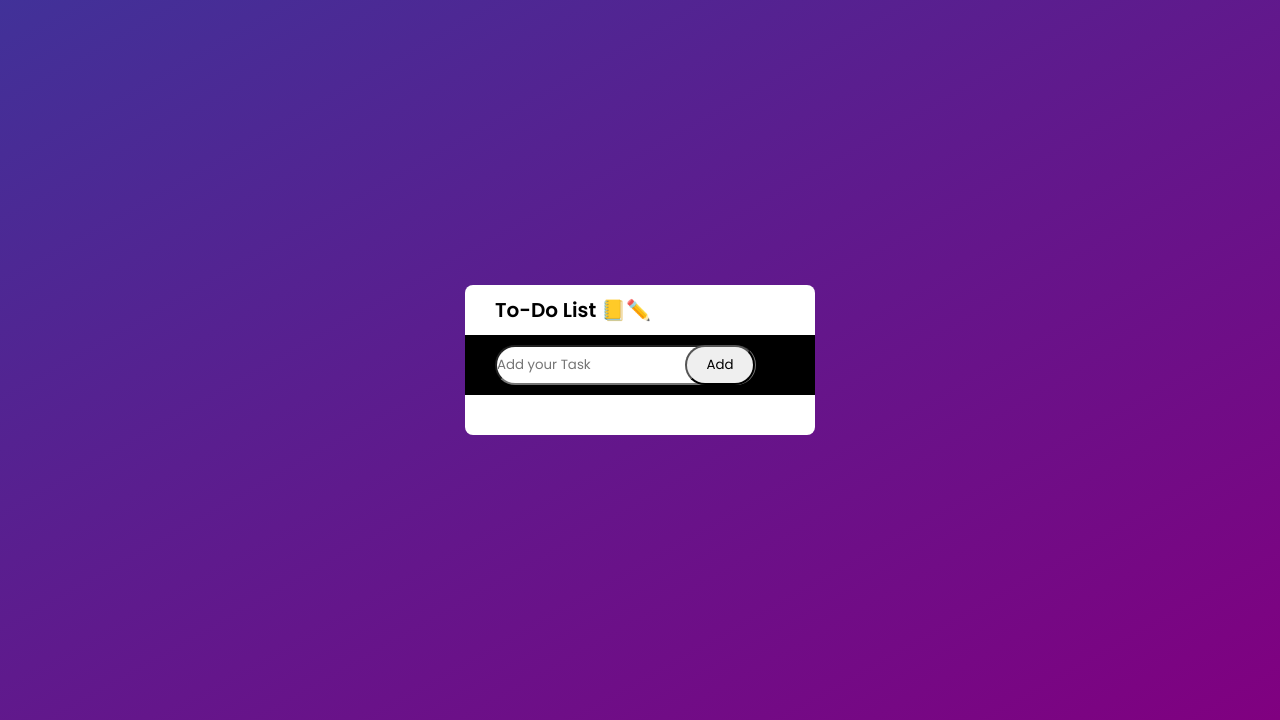
Repository: Ankitkr2021/To-Do-List
Page: index.html
These files come from the project's save history. The page is drawn as it stood at one moment and after the next save; the edit follows.
The browser window is 1280 px wide. The pictures show the whole page.

Above is the page before, as saved 2025-10-03 10:09:36.

### index.html
<!DOCTYPE html>
<html lang="en">
<head>
    <meta charset="UTF-8">
    <meta name="viewport" content="width=device-width, initial-scale=1.0">
    <title>To-Do-List</title>
    <link rel="stylesheet" href="./style.css">
</head>
<body>
    <div class="box">
        <h1>To-Do List 📒✏️</h1>
        <div class="task">
        <input id="add" type="text" placeholder="Add your Task">
        <button type="submit">Add</button>
        </div>
    </div>
</body>
</html>

### style.css
@import url("https://fonts.googleapis.com/css2?family=Poppins:wght@300;400;500;600;700&display=swap");

*{
    margin: 0;
    padding: 0;
    box-sizing: border-box;
    font-family: 'Poppins',sans-serif;
}

body{
    display: flex;
    justify-content: center;
    align-items: center;
    height: 100vh;
    background: linear-gradient(to bottom right, rgba(40, 22, 139, 0.884), purple);
}

.box {
    background: #fff;
    height: 150px;
    max-height: 300px;
    width: 350px;
    border-radius: 8px;
}

.box h1 {
    padding: 10px 30px;
    font-size: 20px;
    font-weight: 600;
}

.task {
    background: #000;
    padding: 10px 30px;
    position: relative;
}

.task input {
    width: 90%;
    height: 40px;
    border-radius: 20px;
}

.task button {
    content: "";
    position: absolute;
    left: 220px;
    height: 40px;
    width: 20%;
    border-radius: 20px;
}

After the next save:
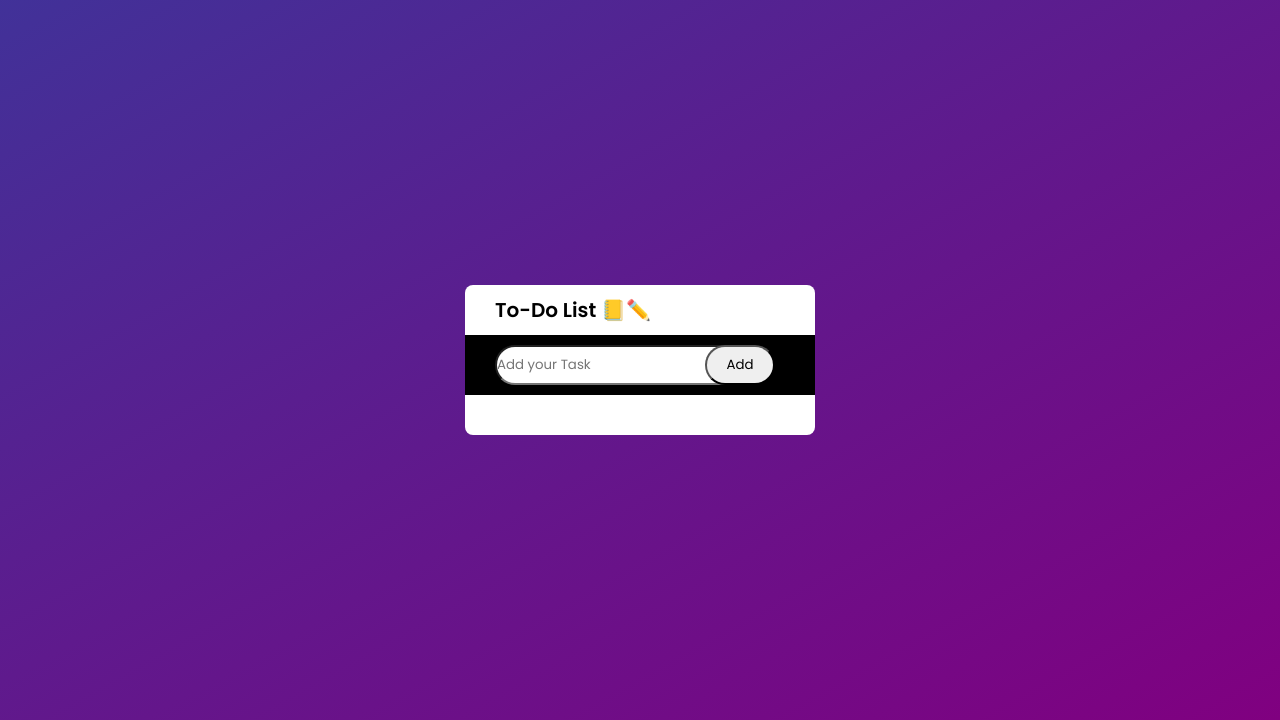
Saved 6 s later.
--- a/style.css
+++ b/style.css
@@ -44,7 +44,7 @@ body{
 .task button {
     content: "";
     position: absolute;
-    left: 220px;
+    left: 240px;
     height: 40px;
     width: 20%;
     border-radius: 20px;
